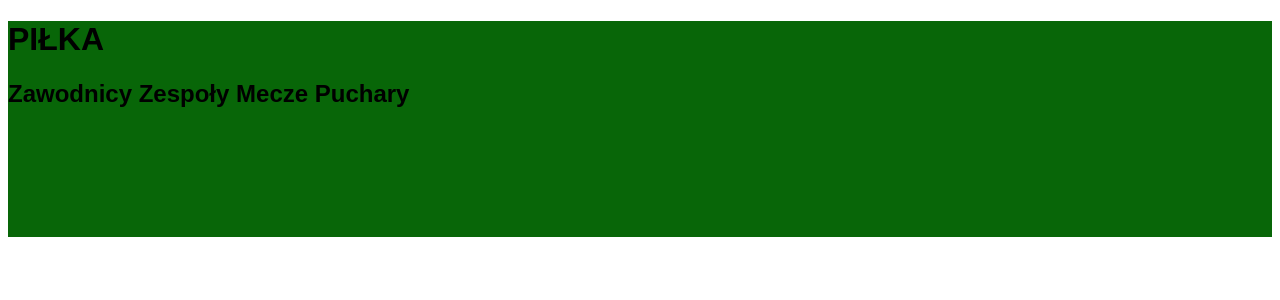
Repository: ZABA78/PAZW
Page: index.html
An editor plug-in stored every save of this project. The page is shown before and after the next save, followed by the edit.
The browser window is 1280 px wide. The pictures show the whole page.
Some web fonts or font styles are not loaded; a fallback is used.

Above is the page before, as saved 2023-10-17 13:57:06.

### index.html
<!DOCTYPE html>
<html lang="en">
<head>
    <meta charset="UTF-8">
    <meta http-equiv="X-UA-Compatible" content="IE=edge">
    <meta name="viewport" content="width=device-width, initial-scale=1.0">
    <link rel="stylesheet" href="style.css">
    <title>Piłka</title>
    <style>
        @import url('https://fonts.googleapis.com/css2?family=Tilt+Neon&display=swap');
        </style>
</head>
<body>
    <header>
        <!--<img src="pilka.png" alt="logo" class = "logo">--><h1>PIŁKA</h1>
        <nav>
            <h2>Zawodnicy
            Zespoły
            Mecze
            Puchary</h2>
        </nav>
    </header>
</body>
</html>

### style.css
*
{
    font-family: 'Tilt Neon', sans-serif;
}
.logo
{
    height: 100vh;

}
header
{
    background-color: rgb(8, 102, 8);
    height: 30vh;

}
h2
{

}

After the next save:
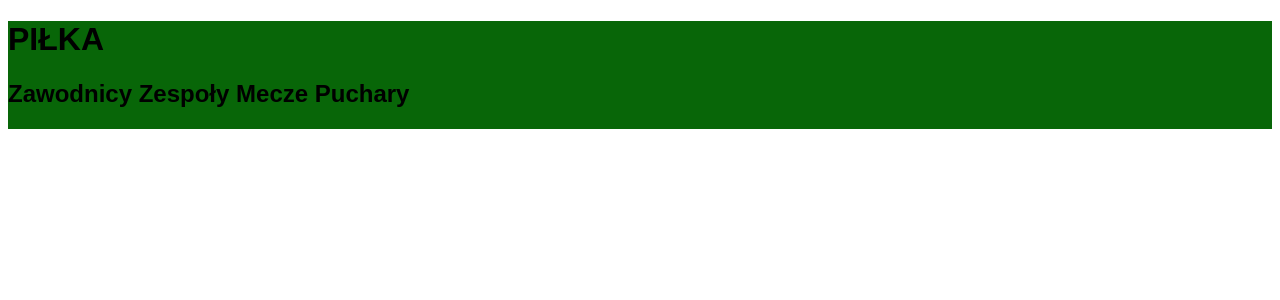
Saved 8 s later.
--- a/style.css
+++ b/style.css
@@ -10,7 +10,7 @@
 header
 {
     background-color: rgb(8, 102, 8);
-    height: 30vh;
+    height: 15vh;
 
 }
 h2
